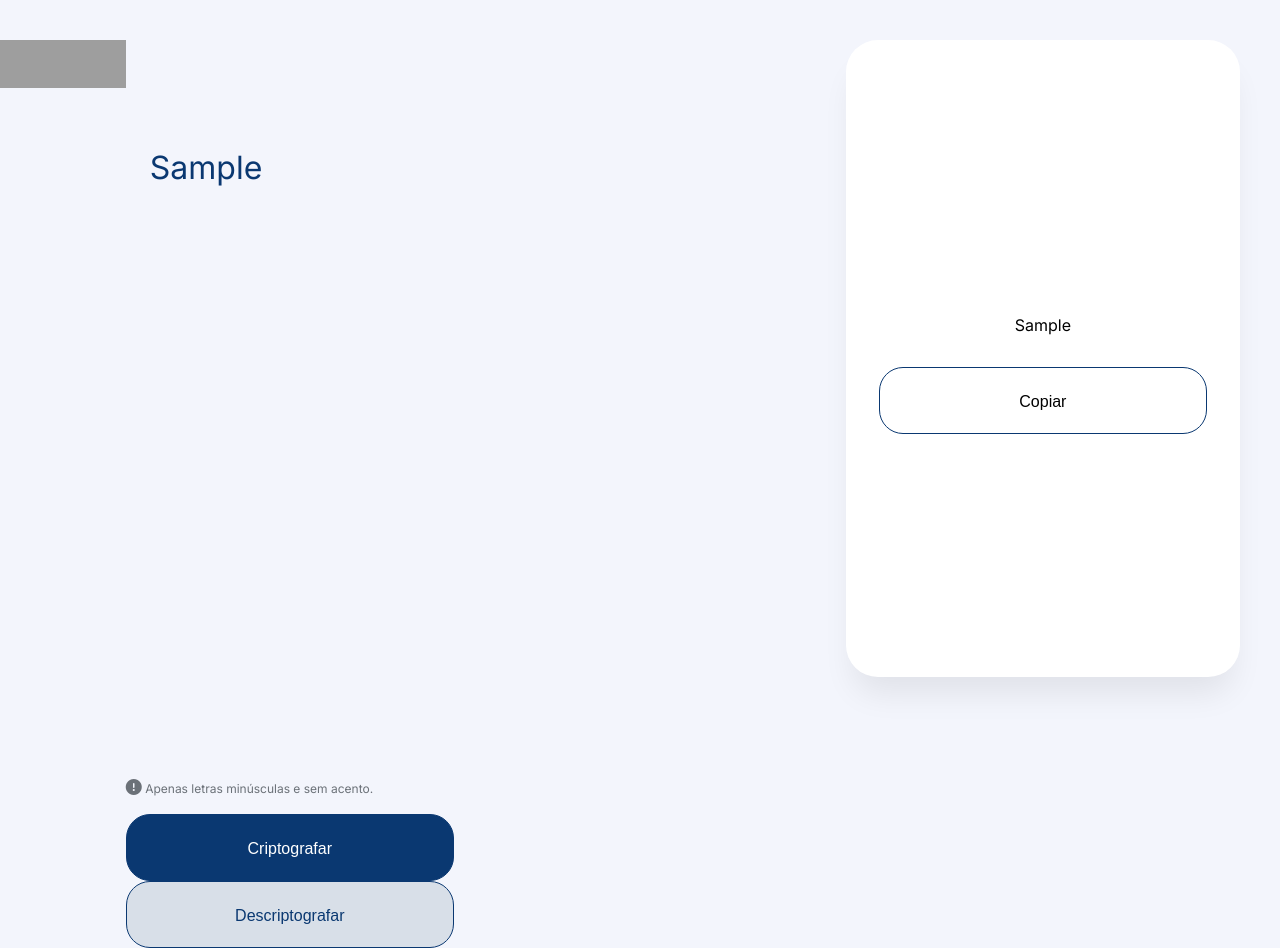
Repository: CarlosEduardoVdeOliveira/descodificador-de-texto
Page: index.html
These files come from the project's save history. The page is drawn as it stood at one moment and after the next save; the edit follows.
The browser window is 1280 px wide. The pictures show the whole page.
Empty fields were first filled with sample values (such as "Sample", 5 or name@example.com).
After loading, the first visible `button.button-cryptography` was clicked once.
Pictures or frames that could not be fetched are drawn as grey boxes.

Above is the page before, as saved 2023-04-12 09:41:43.

After the next save:
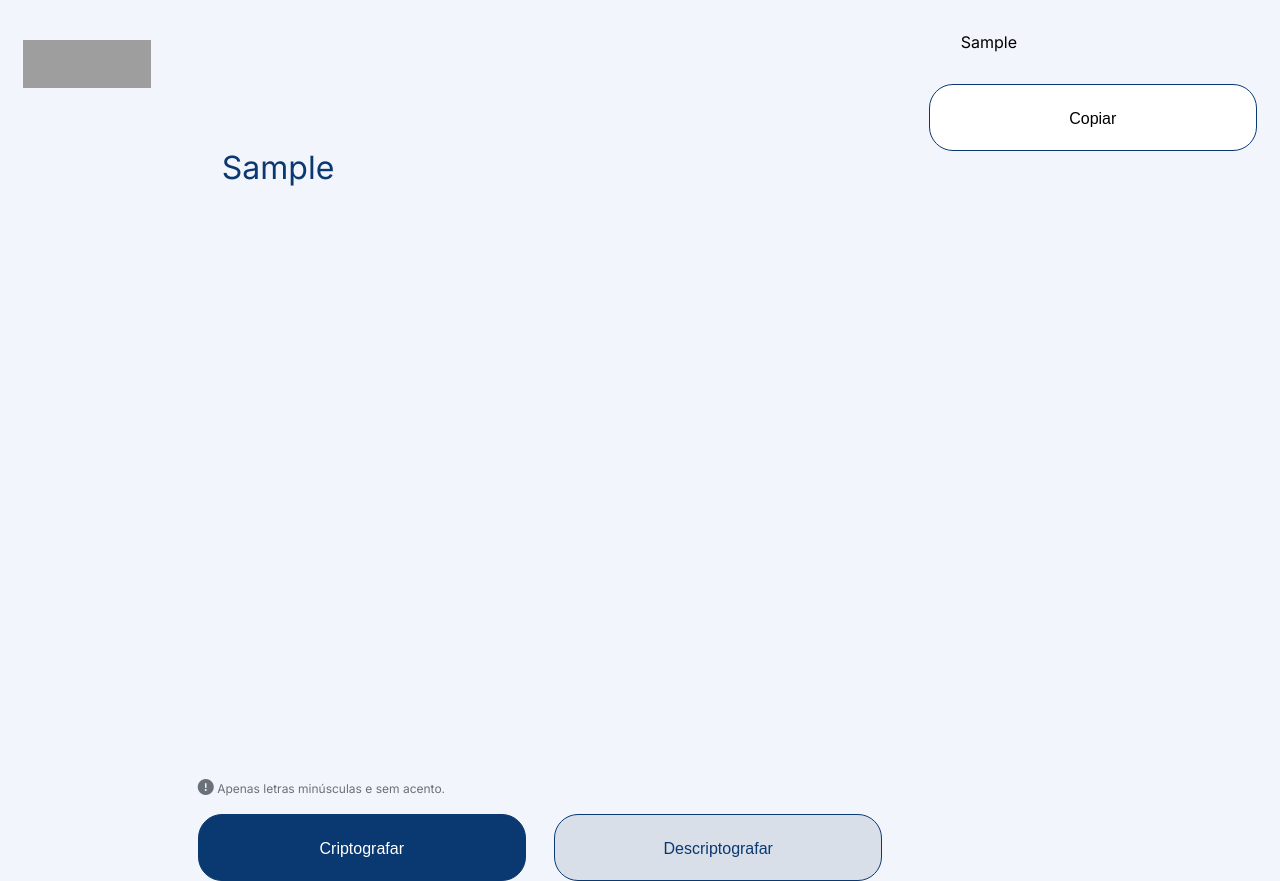
Saved 8 min 50 s later.
--- a/public/scripts/index.js
+++ b/public/scripts/index.js
@@ -5,6 +5,7 @@ const buttonDecryption = document.querySelector(".button-decryption");
 
 
 function alterTextCryptionArea(){
+   areaCryption.classList.remove('text-cryption')
    areaCryption.innerHTML = `
       <p class="format-text-cryption">${elementTextarea.value}</p>
       <button class="button-copy-cryption">Copiar</button>
